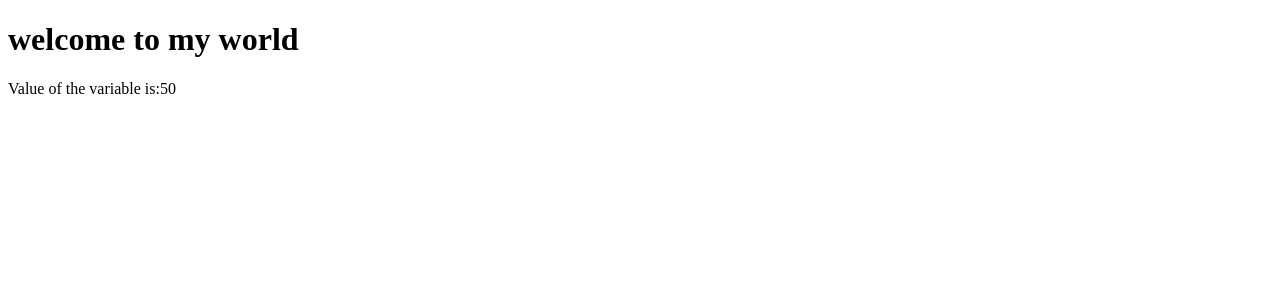
Repository: ifpi98/java_e
Page: http://localhost/jspproject/test1.jsp
These files come from the project's save history. The page is drawn as it stood at one moment and after the next save; the edit follows.
The browser window is 1280 px wide. The pictures show the whole page.
The page is served by Tomcat 9.

Above is the page before, as saved 2023-07-06 02:09:27.

After the next save:
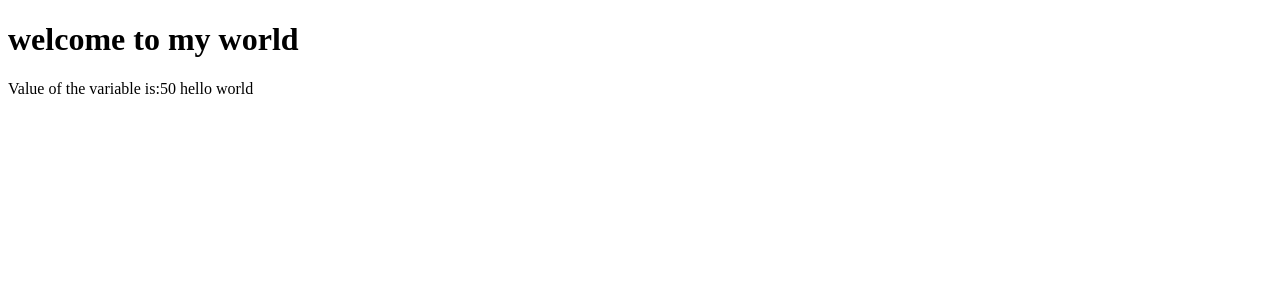
Saved 15 min 17 s later.
--- a/jspproject/src/main/webapp/test1.jsp
+++ b/jspproject/src/main/webapp/test1.jsp
@@ -9,8 +9,15 @@
 <body>
 
 	<h1> welcome to my world</h1>
+
 	<%! int data = 50; %>
 	<% out.println("Value of the variable is:" + data); %>
 
+	<%! String makeItLower(String data){
+		return data.toLowerCase();
+	} %>
+
+	<% out.println(makeItLower("Hello World")); %>
+
 </body>
 </html>
